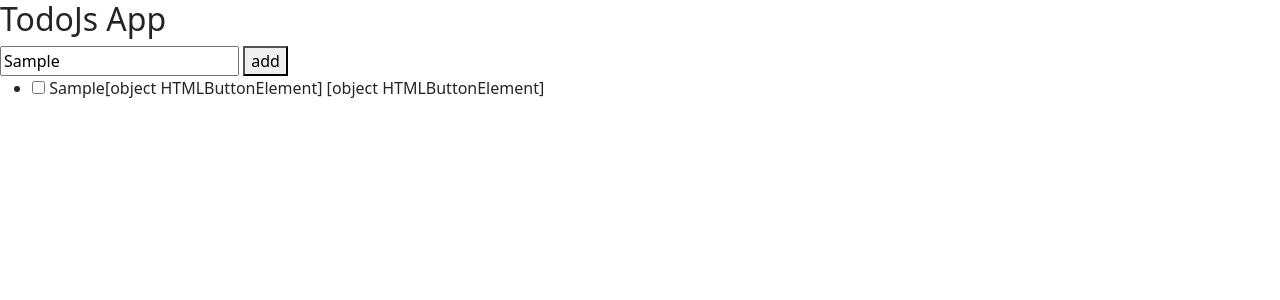
Repository: VladimirKasyanov/Todo
Page: index.html
The author's editor kept a copy of each file at every save. The page is drawn from the files as they stood at one save, then again after the next save.
The browser window is 1280 px wide. The pictures show the whole page.
Empty fields were first filled with sample values (such as "Sample", 5 or name@example.com).
After loading, the first visible `button.add` was clicked once.

Above is the page before, as saved 2024-05-16 11:11:53.

### index.html
<!doctype html>
<html lang="en">
  <head>
    <meta charset="utf-8">
    <meta name="viewport" content="width=device-width, initial-scale=1">
    <title>Bootstrap demo</title>
    <link href="https://cdn.jsdelivr.net/npm/bootstrap@5.3.3/dist/css/bootstrap.min.css" rel="stylesheet" integrity="sha384-QWTKZyjpPEjISv5WaRU9OFeRpok6YctnYmDr5pNlyT2bRjXh0JMhjY6hW+ALEwIH" crossorigin="anonymous">
  </head>
  <body>
    <div>
    <h2>TodoJs App</h2>
    <form action="">
      <input type="text" name="" class="input__box">
      <button class="add" >add</button>
    </form>
      <div class="todo__li">
       <ul class="list">
        <!-- <li>123</li>
        <li>123</li>
        <li>123</li>
        <li>123</li>  -->
       </ul>
      </div>
    </div>
    <script src="https://cdn.jsdelivr.net/npm/bootstrap@5.3.3/dist/js/bootstrap.bundle.min.js" integrity="sha384-YvpcrYf0tY3lHB60NNkmXc5s9fDVZLESaAA55NDzOxhy9GkcIdslK1eN7N6jIeHz" crossorigin="anonymous"></script>
    <script src="todo.js"></script>
  </body>
</html>

### todo.js
// const form = document.querySelector('form');
const inputBox = document.querySelector('.input__box')
const addButton = document.querySelector('.add')
const list = document.querySelector('.list')
const listItem = document.createElement('li')
const newButton = document.createElement('button')


let todoList = [];

const name1 = (event) => {
    event.preventDefault();
    let newTodo = {
        description : inputBox.value,
    };
    todoList.push(newTodo);
    console.log(todoList);
    displayList(todoList);
};

const displayList = (arr) => {
    list.innerHTML = '';
        arr.forEach((item, i) => {
            list.innerHTML +=
        `<li>
        <input type='checkbox' id='item_${i}'>
        <label for='item_${i}'>${item.description}${newButton}</label>
        ${newButton}
        </li>`;
        // let span = document.createElement('span');
        // todo.innerHTML = displayList;
           });



};

const checkAll = () => {

}

const allTask = (counter) => {
    if (todoList >= 0);
        counter += 1
        createElement('button')
}

addButton.addEventListener('click', name1);

After the next save:
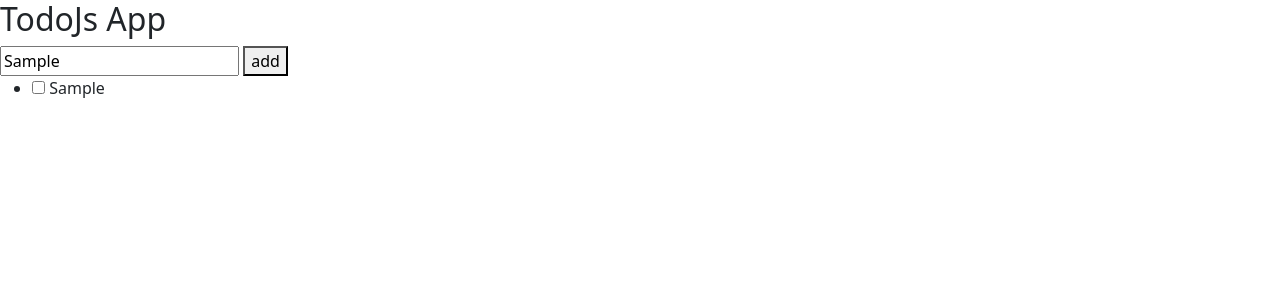
Saved 115 s later.
--- a/todo.js
+++ b/todo.js
@@ -24,8 +24,8 @@ const displayList = (arr) => {
             list.innerHTML +=
         `<li>
         <input type='checkbox' id='item_${i}'>
-        <label for='item_${i}'>${item.description}${newButton}</label>
-        ${newButton}
+        <label for='item_${i}'>${item.description}</label>
+
         </li>`;
         // let span = document.createElement('span');
         // todo.innerHTML = displayList;
